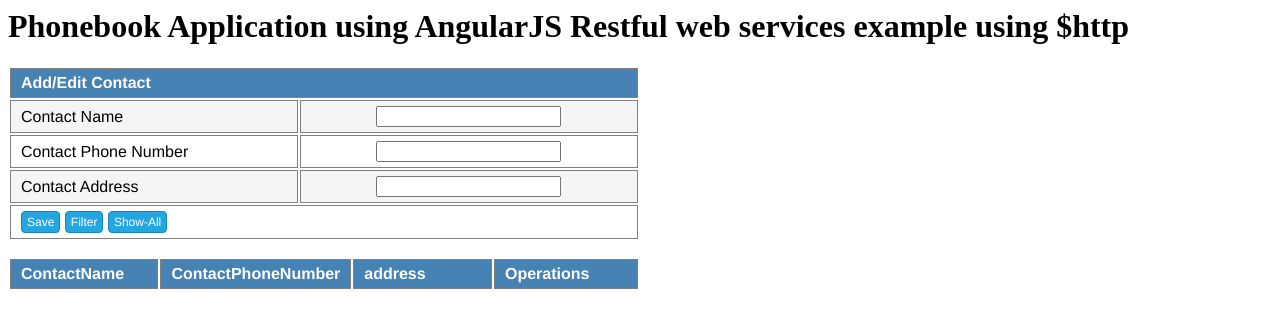
Repository: nagayyaguddadmath/JavaSimpleProjects
Page: simplephonebook/src/main/webapp/CRUDContacts.html
These files come from the project's save history. The page is drawn as it stood at one moment and after the next save; the edit follows.
The browser window is 1280 px wide. The pictures show the whole page.
The page's requests for data from a server got no answer.

Above is the page before, as saved 2017-10-22 12:04:55.

After the next save:
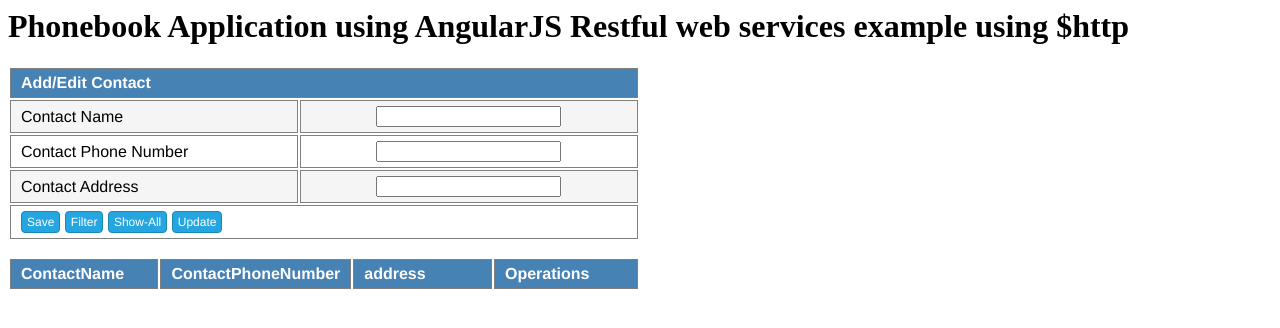
Saved 30 s later.
--- a/simplephonebook/src/main/webapp/CRUDContacts.html
+++ b/simplephonebook/src/main/webapp/CRUDContacts.html
@@ -112,6 +112,7 @@
 					<button ng-click="submitContact()"  class="blue-button" >Save</button>
 					<button ng-click="submitFilter()" class="blue-button" >Filter</button>
 					<button ng-click="showAll()" class="blue-button" >Show-All</button>
+					<button ng-click="updateContact()" class="blue-button" >Update</button>
 
 					</td>
 				</tr>
